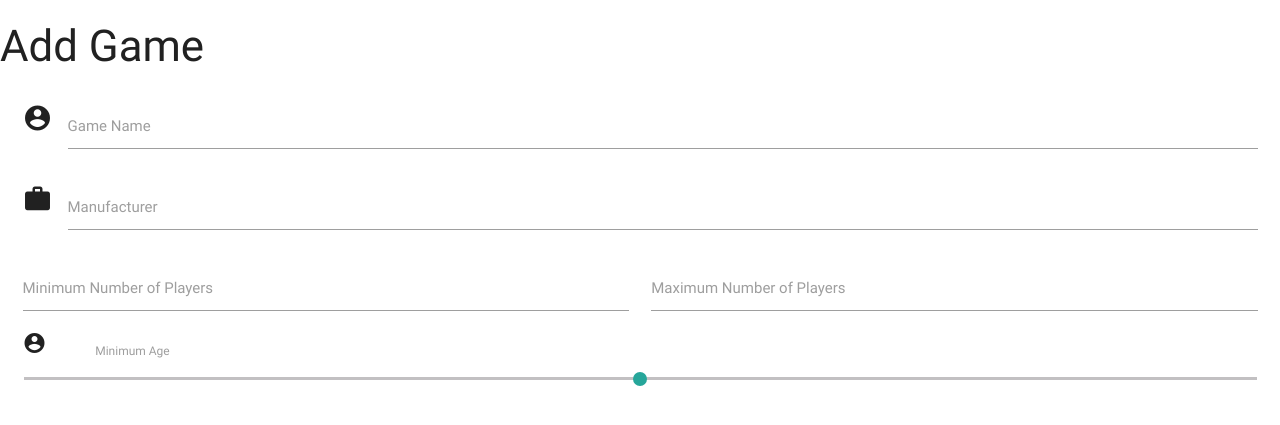
Repository: arcorco/dcd-milestone
Page: http://localhost/add_game
The author's editor kept a record of every edit. The page is drawn from the files as they stood at one moment, then again after the next edit.
The browser window is 1280 px wide. The pictures show the whole page.
Some web libraries are served in a nearby version. The page is served by the project's application, run on Flask 3 (app.py).

Above is the page before.

After the next edit:
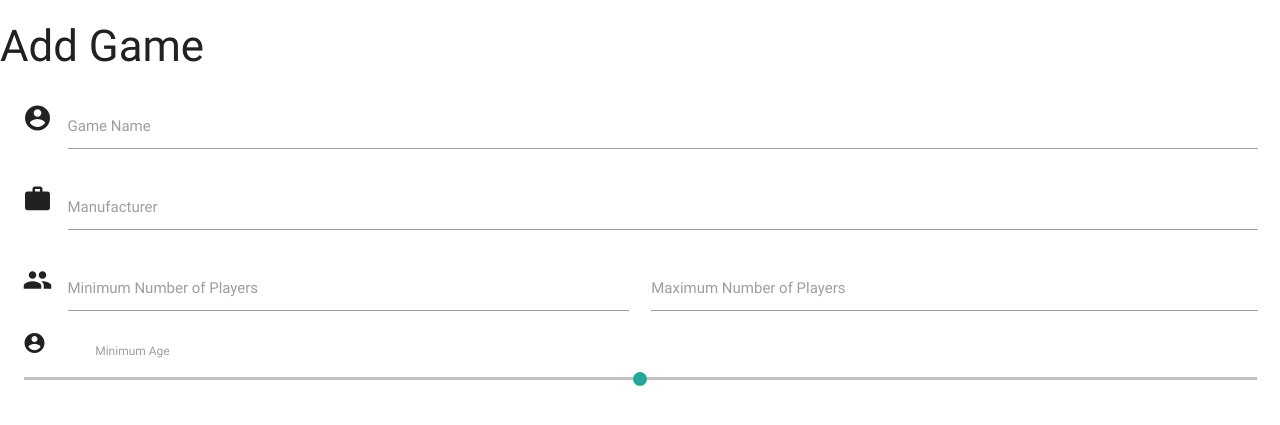
The edit:
--- a/templates/addgame.html
+++ b/templates/addgame.html
@@ -15,6 +15,7 @@
         <label for="icon_prefix">Manufacturer</label>
       </div>
         <div class="input-field col s6">
+          <i class="material-icons prefix">group</i>
           <input name="number_of_players_min" id="number_of_players_min" type="text" class="validate">
           <label for="number_of_players_min">Minimum Number of Players</label>
         </div>
